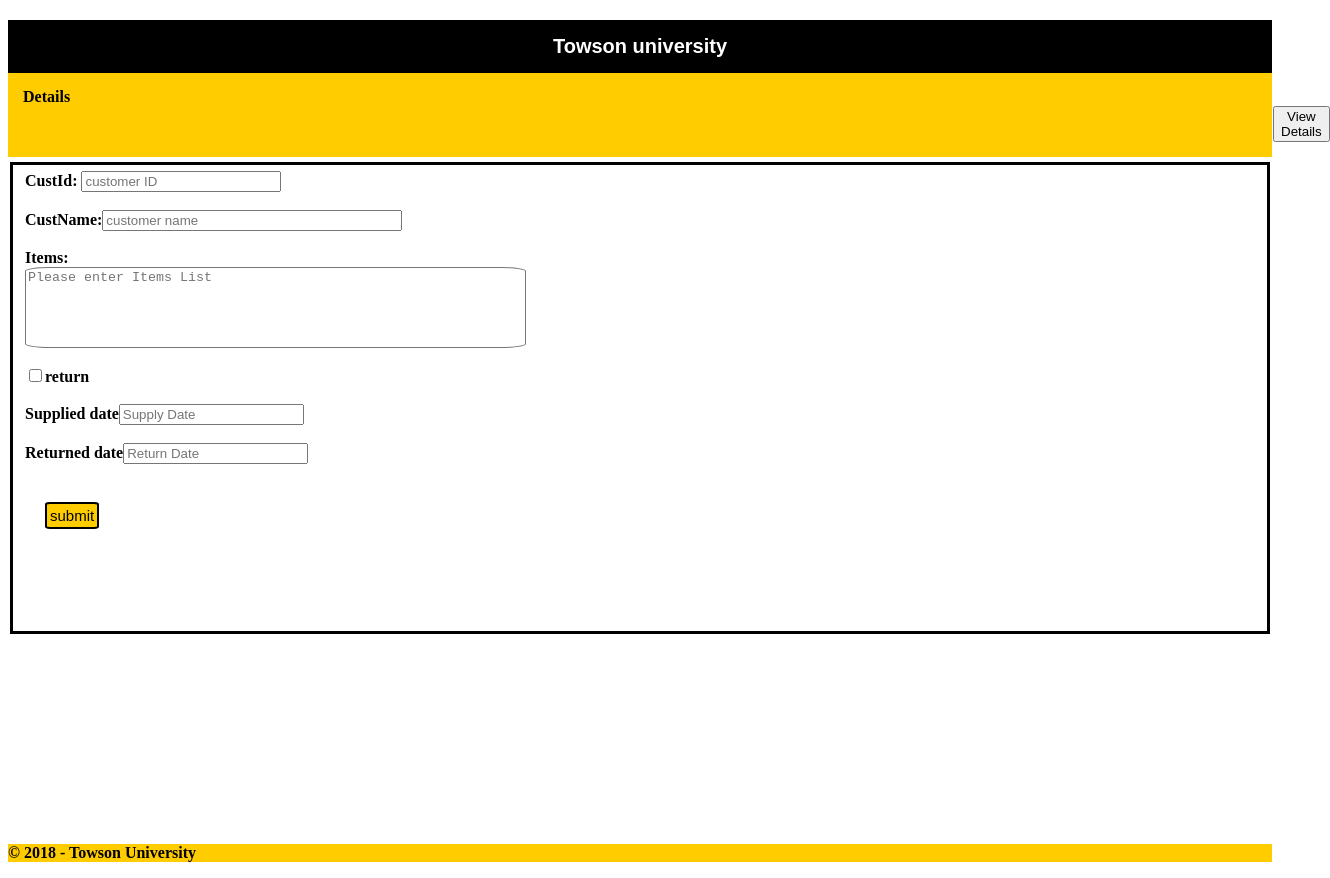
Repository: DatabaseCOSC578/eclipse-workspace11
Page: http://localhost/Supervisor/Supervisor.jsp
These files come from the project's save history. The page is drawn as it stood at one moment and after the next save; the edit follows.
The browser window is 1280 px wide. The page is 1330 px wide, so the pictures cover 1330 px, including what lies to the right of the window. The pictures show the whole page.
The page is served by Tomcat 9. Other server files are loaded and not shown.

Above is the page before, as saved 2018-04-15 19:55:29.

### Supervisor/WebContent/Supervisor.jsp
<html>
<head>
    <link href="css/layout1.css" rel="stylesheet">
</head>
<body>
<header><center>Towson university</center></header>
<form name="inputdetails" action="store" method="post" id="form1">
<div><b>Details</b>


<button id ="b1" type="submit" formaction="/Supervisorshow.jsp">View Details</button>


</div>

<fieldset id="fs">

<b>CustId:</b> <input type=text style="width: 200px;" name="custid " placeholder="customer ID"><br><br>
<b>CustName:</b><input type=text style="width: 300px; align:center;" name="custname" placeholder="customer name "><br><br>
<b>Items:<b/><br/>
<textarea rows="5" cols="60"  maxlength="260" name="items" placeholder="Please enter Items List">
</textarea> <br><br>
<input type=checkbox name="return" value=1>return<br><br>
Supplied date<input type=text name="sdate" placeholder="Supply Date" ><br><br>
Returned date<input type=text name="rdate" placeholder="Return Date" ><br><br>
<input type=submit value=submit> <br><br><br><br><br>
</fieldset>
</form>
</body>
<footer> &copy 2018 - Towson University</footer>
</html>

### Supervisor/WebContent/css/layout1.css
header {
	position: relative;
	color: #FFFFFF;
	font-family: sans-serif;
	font-size: 20px;
	text-align:left;
	background-color: #000000;
	margin: 20;
	margin-left:0;
	margin-bottom:0;
	margin-right:0;

	padding: 15;
	font-weight:700;
}

div {
	background-color: #fc0;
	margin: 0;
	margin-top:0;
	padding: 15;
}

#fs {
	margin-top: 5;
	border: solid;
}

footer {
	font-weight: 800;
	text-color: solid #000000;
	background-color: #fc0;
	margin-top: 210;
}
textarea{
	resize:none;
	border-radius:5%;
}
input[type="submit"] {
	align:center;
	margin: 20px;
	background-color: #fc0;
	padding: 3;
	text-align:center;
	text-weight: 700;
	border: solid 2px;
	font-size: 15;
	border-radius: 9%;
}
input[type="submit"]:hover {
	cursor:pointer;
}

#b1 {
	margin-top: 0;
	margin-left:1250;
	margin-right:0;
}

After the next save:
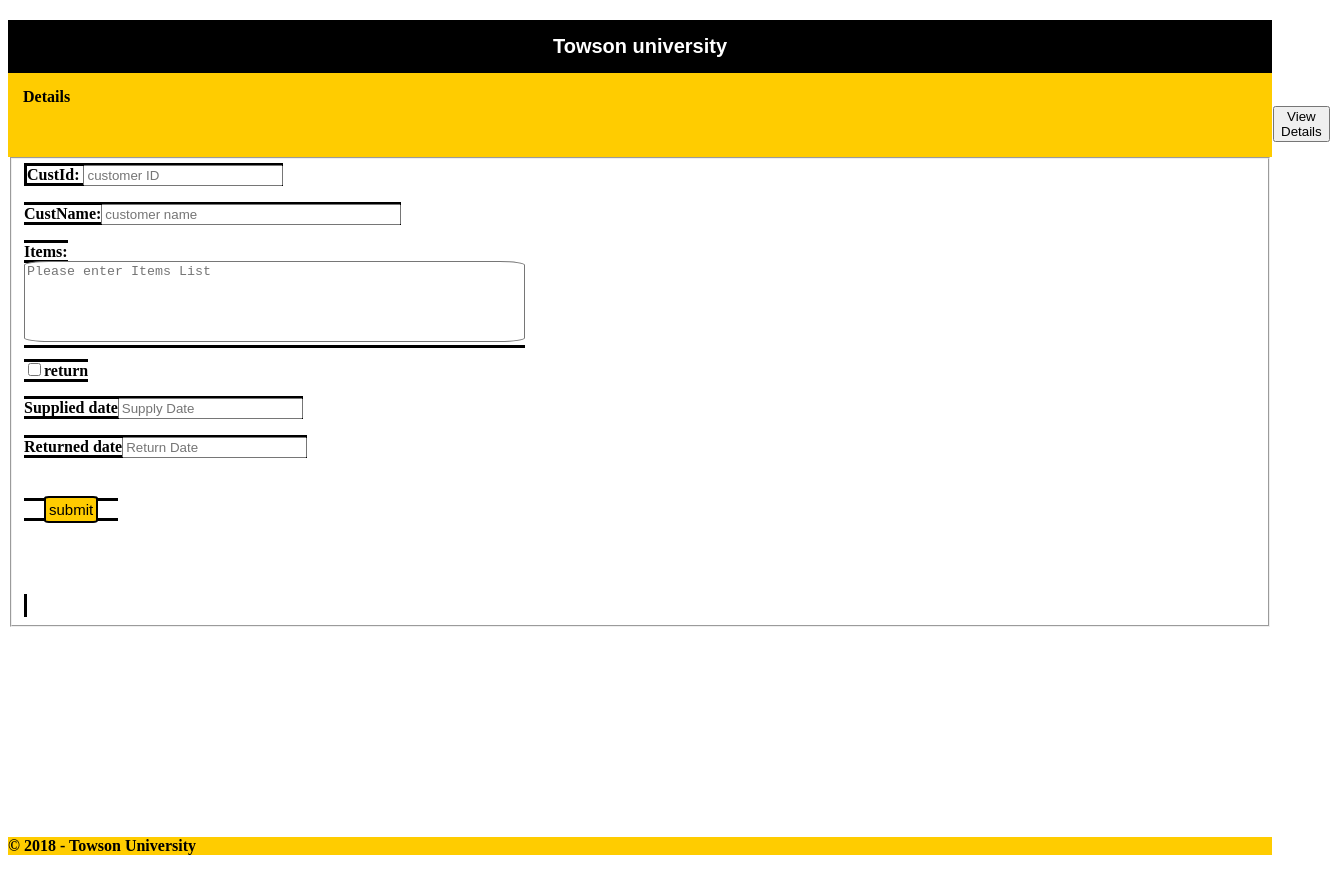
Saved 50 s later.
--- a/Supervisor/WebContent/Supervisor.jsp
+++ b/Supervisor/WebContent/Supervisor.jsp
@@ -13,8 +13,8 @@
 
 </div>
 
-<fieldset id="fs">
-
+<fieldset >
+<abc id="fs">
 <b>CustId:</b> <input type=text style="width: 200px;" name="custid " placeholder="customer ID"><br><br>
 <b>CustName:</b><input type=text style="width: 300px; align:center;" name="custname" placeholder="customer name "><br><br>
 <b>Items:<b/><br/>
@@ -24,6 +24,8 @@
 Supplied date<input type=text name="sdate" placeholder="Supply Date" ><br><br>
 Returned date<input type=text name="rdate" placeholder="Return Date" ><br><br>
 <input type=submit value=submit> <br><br><br><br><br>
+</b>
+</abc>
 </fieldset>
 </form>
 </body>
